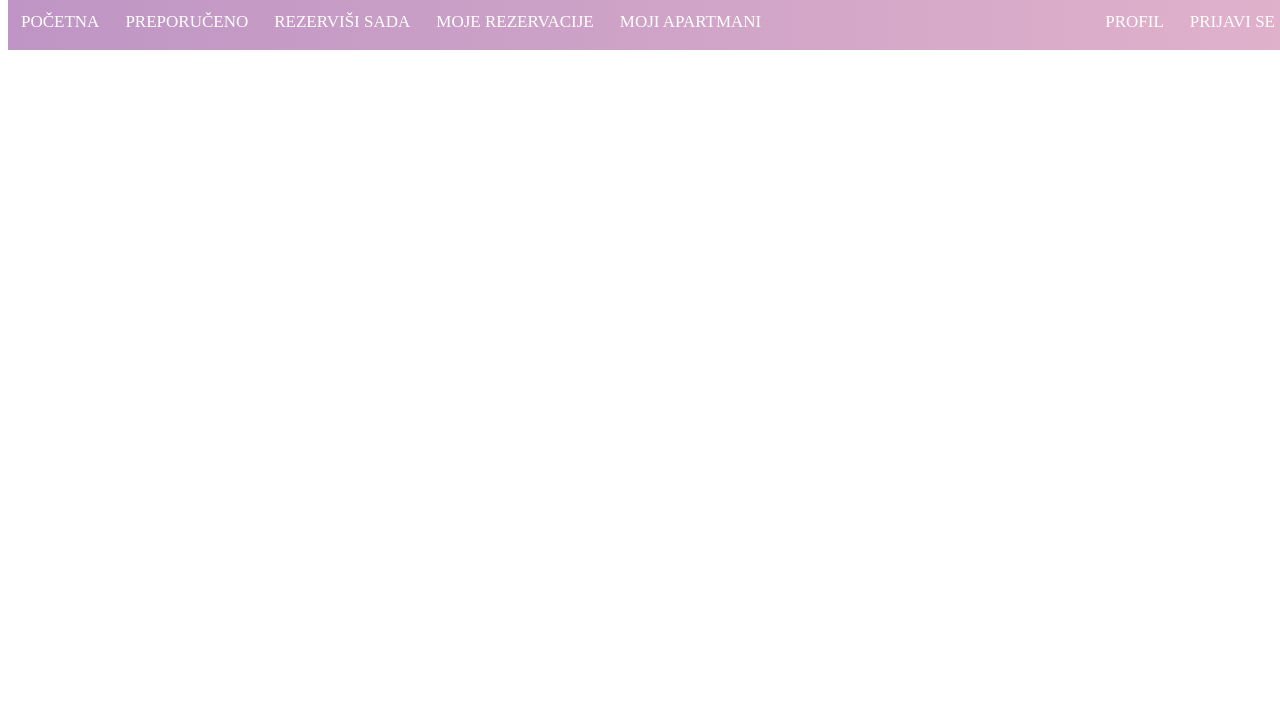
Repository: FTN-E2-materials/WEB
Page: BookingApp/static/index.html
An editor plug-in stored every save of this project. The page is shown before and after the next save, followed by the edit.
The browser window is 1280 px wide. The pictures show the whole page.
The page's requests for data from a server got no answer.

Above is the page before, as saved 2020-08-14 23:23:55.

### BookingApp/static/index.html
<!DOCTYPE html>
<html>
<head>
<link href="css/startpage.css" rel="stylesheet" />
<meta http-equiv="Content-Type" content="text/html; charset=UTF-8">

</head>

	<body>

		<div id = "webApp">
			<div class = "navigation-area">
		    	<ul class = "nav navbar">
		        <li class = "menu"><a href="homepage.html">Početna</a></li>
		        <li class = "menu"><a href="">Preporučeno</a></li>
		        <li class = "menu"><a href="bookpage.html">Rezerviši sada</a></li>
		        <li class = "menu"><a href="reservations.html">Moje rezervacije</a></li>
		        <li class = "menu"><a href="myapartments.html">Moji apartmani</a></li>
		        <li class = "menu" style="float:right"><a href="startpage.html">Prijavi se</a></li>
		        <li class = "menu" style="float:right"><a href="">Profil</a></li>
	            </ul>
            </div>
			<router-view></router-view>
		</div>


		<script src="scripts/vue.js"></script>
		<script src="scripts/vue-router.js"></script>
		<script src="scripts/jquery.min.js"></script>
		<script src="scripts/axios.js"></script>
		<script src="scripts/toast.js"></script>
		<script src="js/app.js"></script>
		<script src="js/login.js"></script>
	</body>
</html>

### BookingApp/static/css/startpage.css


.bg-login {
    width: 100%;
    height: 100vh;
    display: flex;
    justify-content: center;
    align-items: center;
    background: -webkit-linear-gradient(left, #BE95C4, #E0B1CB);
    font-family: 'Segoe UI', Tahoma, Geneva, Verdana, sans-serif;
}

  .main-window {
    width: 100%;
    height: 100vh;
    display: flex;
    justify-content: center;
    align-items: center;
}
.navigation-area{
  width: 100%;
  position: fixed;
  top: 0;
  height: 50px;
  border-bottom: #fff;
  background: -webkit-linear-gradient(left, #BE95C4, #E0B1CB);
}

ul {
  list-style-type : none;
  margin : 0;
  padding : 0;
  width: 100%;
  height: 100%;
  overflow : hidden;
  background: -webkit-linear-gradient(left, #BE95C4, #E0B1CB);
}

li{
  float: left;
  height: 100%;
}

li a {

  display: block;
  color: white;
  height: 100%;
  text-align: center;
  padding: 12px 13px;
  text-decoration: none;
  font-size: 17px;
  text-transform: uppercase;
}

li a:hover {
  background: -webkit-linear-gradient(left, #E0B1CB, #BE95C4);
}

input, button{
    border: none;
    outline: none;
    background: none;
}

.page-login{
    overflow: hidden;
    position: relative;
    width: 900px;
    height: 600px;
    background: #fff;
    box-shadow: 0 19px 38px rgba(0, 0, 0, 0.30), 0 15px 12px rgba(0, 0, 0, 0.22);
}

.form{
    position: relative;
    width: 640px;
    height: 100%;
    padding: 50px 30px;
    -webkit-transition:-webkit-transform 1.2s ease-in-out;
    transition: -webkit-transform 1.2s ease-in-out;
    transition: transform 1.2s ease-in-out;
    transition: transform 1.2s ease-in-out, -webkit-transform 1.2s ease-in-out;
}

.login-h1{
    width: 100%;
    font-size: 30px;
    text-align: center;
    text-transform: uppercase;
}

.login-label{
    display: block;
    width: 260px;
    margin: 25px auto 0;
    text-align: center;
}

.login-label span{
    font-size: 14px;
    font-weight: 600;
    color: #5E548E;
    text-transform: uppercase;
}

.form-part {
  width: 1000px;
  height: fit-content;;
  opacity: 0.9;
  margin-bottom: 20px;
  margin-top: 70px;
  border-radius: 10px;
  align-content: center;
  background-color: #fff;
  box-shadow: 0 19px 40px rgba(0, 0, 0, 0.30), 0 15px 12px rgba(0, 0, 0, 0.22);
}

.login-p {
  color: white;
}
.login-input {
    display: block;
    width: 100%;
    margin-top: 5px;
    text-align: center;
    font-size: 16px;
    padding-bottom: 5px;
    border-bottom: 1px solid rgba(109, 93, 93, 0.4);
    text-align: center;
    font-family: 'Segoe UI', Tahoma, Geneva, Verdana, sans-serif;
}

button{
    display: block;
    margin: 0 auto;
    width: 260px;
    height: 40px;
    border-radius: 30px;
    color: #fff;
    font-size: 15px;
    cursor: pointer;
}

.submit{
    margin-top: 40px;
    margin-bottom: 30px;
    text-transform: uppercase;
    font-weight: 600;
    font-family: 'Segoe UI', Tahoma, Geneva, Verdana, sans-serif;
    background: -webkit-linear-gradient(left, #BE95C4, #E0B1CB);
}

.submit:hover{
    background: -webkit-linear-gradient(left, #E0B1CB, #BE95C4);
}

.sub-page{
    overflow: hidden;
    position: absolute;
    left: 640px;
    top: 0;
    width: 900px;
    height: 100%;
    padding-left: 260px;
    background: #fff;
    -webkit-transition: -webkit-transform 1.2s ease-in-out;
    transition: -webkit-transform 1.2s ease-in-out;
    transition: transform 1.2s ease-in-out;
}

.page-login.s-signup .sub-page{
    -webkit-transform:translate3d(-640px, 0, 0);
        transform:translate3d(-640px, 0, 0);
}

.bground{
    overflow: hidden;
    z-index: 2;
    position: absolute;
    left: 0;
    top: 0;
    width: 260px;
    height: 100%;
    padding-top: 360px;
}

.bground:before{
    content: '';
    position: absolute;
    right: 0;
    top: 0;
    width: 900px;
    height: 100%;
    background-image: url(../images/bora-bora-sunset.jpg);
    background-size: cover;
    transition: -webkit-transform 1.2s ease-in-out;
    transition: transform 1.2s ease-in-out, -webkit-transform 1.2s ease-in-out;
  }

  .bground:after{
    content: '';
    position: absolute;
    left: 0;
    top: 0;
    width: 100%;
    height: 100%;
    background: rgba(0,0,0,0.3);
  }

.page-login.s-signup .bground:before{
    -webkit-transform:translate3d(640px, 0, 0);
            transform:translate3d(640px, 0, 0);
  }


.bground-text{
    z-index: 2;
    position: absolute;
    left: 0;
    top: 50px;
    width: 100%;
    padding: 0 20px;
    text-align: center;
    color: #fff;
    -webkit-transition:-webkit-transform 1.2s ease-in-out;
    transition: -webkit-transform 1.2s ease-in-out;
    transition: transform 1.2s ease-in-out, -webkit-transform 1.2s ease-in-out;
  }

  .bground-text h1{
    margin-bottom: 10px;
    font-weight: normal;
  }

  .bground-text p{
    font-size: 14px;
    line-height: 1.5;
  }

  .page-login.s-signup .bground-text.m-up{
    -webkit-transform:translateX(520px);
            transform:translateX(520px);
  }

  .bground-text.m-in{
    -webkit-transform:translateX(-520px);
            transform:translateX(-520px);
  }

  .page-login.s-signup .bground-text.m-in{
    -webkit-transform:translateX(0);
            transform:translateX(0);
  }


  .sign-in{
    padding-top: 65px;
    -webkit-transition-timing-function:ease-out;
            transition-timing-function:ease-out;
  }

  .bground.s-signup .sign-in{
    -webkit-transition-timing-function:ease-in-out;
            transition-timing-function:ease-in-out;
    -webkit-transition-duration:1.2s;
            transition-duration:1.2s;
    -webkit-transform:translate3d(640px, 0, 0);
            transform:translate3d(640px, 0, 0);
  }

  .bground-btn{
    overflow: hidden;
    z-index: 2;
    position: relative;
    width: 150px;
    height: 40px;
    margin: 0 auto;
    background: transparent;
    color: #fff;
    text-transform: uppercase;
    font-size: 15px;
    cursor: pointer;
    text-align: center;
  }

  .bground-btn:after{
    content: '';
    z-index: 2;
    position: absolute;
    left: 0;
    top: 0;
    width: 100%;
    height: 100%;
    border: 2px solid #fff;
    border-radius: 30px;
  }

  .bground-btn span{
    position: absolute;
    left: 0;
    top: 0;
    display: -webkit-box;
    display: flex;
    -webkit-box-pack:center;
    justify-content: center;
    align-items: center;
    width: 100%;
    height: 100%;
    -webkit-transition:-webkit-transform 1.2s;
    transition: -webkit-transform 1.2s;
    transition: transform 1.2s;
    transition: transform 1.2s, -webkit-transform 1.2s;;
  }

  .bground-btn span.m-in{
    -webkit-transform:translateY(-72px);
            transform:translateY(-72px);
  }

  .page-login.s-signup .bground-btn span.m-in{
    -webkit-transform:translateY(0);
            transform:translateY(0);
  }

  .page-login.s-signup .bground-btn span.m-up{
    -webkit-transform:translateY(72px);
            transform:translateY(72px);
  }

  .sign-up{
    -webkit-transform:translate3d(-900px, 0, 0);
            transform:translate3d(-900px, 0, 0);
  }

  .page-login.s-signup .sign-up{
    -webkit-transform:translate3d(0, 0, 0);
            transform:translate3d(0, 0, 0);
  }

### BookingApp/static/js/app.js
const login = { template : '<login></login>' }
const profile_view = { template : '<profile-view></profile-view>' }
const change_pass = { template : '<change_pass></change_pass>' }
const edit_profile = { template : '<edit_profile ></edit_profile>' }
const apartments = { template : "<apartments></apartments>" }
const apartmentDetails = {template : "<apartment-details></apartment-details>"}
const users_preview = {template : "<users_preview></users_preview>"}
const searchApartment = { template : "<search-apartment></search-apartment>" }
const my_apartments= { template : "<my_apartments></my_apartments>" }
const add_apartment= { template : "<add_apartment></add_apartment>" }
const reservations = { template : "<reservations></reservations>" }
const amenities = { template : "<amenities></amenities>"}
const edit_apartment = { template : "<edit_apartment></edit_apartment>"}
const homepage = { template : "<homepage></homepage>" }
const add_nonWorkingDays={template:"<add_nonWorkingDays></add_nonWorkingDays>"}
const forbidden = { template: "<forbidden></forbidden>" }
const registerHost = { template: "<registerHost></registerHost>" }

const router = new VueRouter({
    mode : 'hash',
    base : '/apartments',
    routes : [
		{ path : "/apartments", component: apartments },
		{ path : '/login', component: login },
		{ path : '/profile-view', component: profile_view },
		{ path : '/change_pass', component: change_pass },
		{ path : '/edit_profile', component: edit_profile },
		{ path : "/details", component: apartmentDetails },
		{ path : "/users_preview", component: users_preview },
		{ path : "/search", component: searchApartment },
		{ path : "/my_apartments", component: my_apartments },
		{ path : "/add_apartment", component: add_apartment },
		{ path : "/reservations", component: reservations },
		{ path : "/amenities", component: amenities },
		{ path : "/edit_apartment", component: edit_apartment },
		{ path : "/add_nonWorkingDays", component: add_nonWorkingDays },
		{ path : "/forbidden", component: forbidden },
		{ path : "/registerHost", component: registerHost }
    ]
});

var app = new Vue({
    router: router,
    el: '#webApp',
    data: {
    	mode : 'plsWork',
    	user : {
    		username : "xxxxxxxxxxxxx"
    	}
    },
    mounted() {
    	axios
	    	.get('/user/seeIfLogged')
	    	.then(response => {
	    		if (response.data == null) {
	    			this.mode = 'notLogged';
	    		} else
	    		{
	    			if (response.data.role == "Guest") {
	    				this.mode = 'guest';
	    			} else if (response.data.role == "Host") {
		    			this.mode = 'host';
		    		} else if (response.data.role == "Administrator") {
		    			this.mode = 'admin';
		    		} else {
		    			this.mode = 'notLogged';
		    		}
	    			this.user = response.data;
	    		}
	    	})

	    	window.location.href = "#/apartments";
    },
    methods : {
    	logOut : function() {
    		axios
    			.get('/user/logout')
    			.then(response => {
    				this.mode = 'notLogged';
    				console.log(this.mode);
    				window.location.href = "#/login";
    			})

    	},
    	viewProfile : function() {

            window.location.href = "http://localhost:8088/#/profile-view?id=" + this.user.username;
    	},
    	getReservations : function() {
    		window.location.href = "http://localhost:8088/#/reservations?id=" + this.user.username;

    	},
    	canSeePreview : function() {
    		console.log(this.mode);
    		if (this.mode == 'host') {
    			return false;
    		} else if (this.mode == 'admin') {
    			return false;
    		} else {
    			return true;
    		}
    	}
    }
});

### BookingApp/static/js/login.js
 Vue.component("login", {

	data: function () {
		    return {
		    	logged : null,
		    	error:'',
		    	usernameLog: '',
		    	usernameRegister: '',
		    	passwordRegister: '',
		    	nameRegister: '',
				surnameRegister: '',
				genderRegister:'',
		    	passwordRepeat: '',
			    passwordLog:'',
				errorMessage:'',
				registrationError: '',
				roleRegister : ""
		    }
	},

    template: `
<div class = "bg-login">
<div class = "page-login">
    <div class = "form sign-in">
        <h2 class = "login-h1">Prijava</h2>
        <label class = "login-label">
            <span> Korisničko ime </span>
			<input class = "login-input" type="text" name = "username" v-on:change="signalChange" v-model="usernameLog">
        </label>
        <label class = "login-label">
            <span> Lozinka </span>
			<input class = "login-input" type="password" name="password" v-model="passwordLog" v-on:change="signalChange">
			<p style="color:red">{{errorMessage}}</p>
			<button class="submit-login" v-on:click="tryToLogin"> Prijavi se </button>
        </label>

    </div>


<div class="sub-page">
    <div class = "bground">
        <div class = "bground-text m-up">
            <h1 class = "login-h1">Nemate <br> nalog?</h1>
            <p class = "login-p">Registrujte se i <br> rezervišite sebi apartman!</p>
        </div>

        <div class="bground-text m-in">
            <h1 class = "login-h1" >Već imate nalog?</h1>
            <p class = "login-p">Ako već imate nalog, prijavite se i rezervišite sebi apartman!</p>
        </div>
        <div class="bground-btn"  v-on:click="slideToOther">
            <span class="m-up">Registrujte se</span>
            <span class="m-in">Prijavite se</span>
        </div>
</div>

<div class="form sign-up">
    <h1>Registracija</h1>
    <label class = "login-label">
        <span >Ime</span>
        <input class = "login-input" type="text" v-model="nameRegister"  name="name">
    </label>
    <label class = "login-label">
        <span>Prezime</span>
        <input class = "login-input" type="text" name="surname" v-model="surnameRegister">
    </label>
    <label class = "login-label" >
        <span>Korisničko ime</span>
        <input class = "login-input" type="text" name="username" v-model="usernameRegister">
    </label>
    <label class = "login-label">
        <span>Lozinka</span>
        <input class = "login-input" type="password" name="password" v-model="passwordRegister">
    </label>
    <label class = "login-label">
        <span>Ponovite lozinku</span>
        <input type="password" class = "login-input"  name="passwordRepeat" v-model="passwordRepeat">
	</label>
	<label class = "login-label">
	<span>Pol</span>

	<tr class="radio_button">
	<td>
	<input type="radio" id="male" name="gender" value="Musko" v-model="genderRegister" style="width:70px;">
	<span for="male" style="width:70px;">Muško</span>
	</td>
	<td>
	<input type="radio" id="female" name="gender" value="Zensko" v-model="genderRegister"  style="width:70px;">
	<span for="female"  style="width:70px;">Žensko</span>
	</td>
	<td>
	<input type="radio" id="other" name="gender" value="Ostalo" v-model="genderRegister"  style="width:70px;">
	<span for="other"  style="width:70px;">Ostalo</span>
	</td>
	</tr>
	</label>

	<label class = "login-label">
	<span>Uloga</span>

	<tr class="radio_button">
	<td>
	<input type="radio" id="guest" name="role" value="Guest" v-model="roleRegister" style="width:70px;">
	<span for="male" style="width:70px;">Gost</span>
	</td>
	<td>
	<input type="radio" id="host" name="role" value="Host" v-model="roleRegister"  style="width:70px;">
	<span for="female"  style="width:70px;">Domaćin</span>
	</td>
	</tr>
	</label>

	<p style="color:red">{{registrationError}}</p>
    <button type="button" class="submit-reg" v-on:click="registerUser">Registrujte se</button>
</div>

</div>
</div>
</div>
    `,

	mounted () {
       axios
        .get('/test')
        .then(response => {
        	if(response.data == null)
        		this.logged = false;
        	else
        		this.logged = true;
        })

    },
    methods : {
    	slideToOther : function() {
    		document.querySelector('.page-login').classList.toggle('s-signup');
    	},

    	tryToLogin : function() {

			if(this.usernameLog=='' || this.passwordLog=='')
			{
				this.errorMessage="Morate popuniti sva polja.";
			}
			else
			{

				let loginParameters = {
    				username : this.usernameLog,
    				password : this.passwordLog
    		};

    		axios
    			.post('/user/login', JSON.stringify(loginParameters))
    			.then(response => {
    				if (response.data == "") {
						this.errorMessage="Neispravno korisničko ime ili lozinka.";
					}
					else if (response.data == "Korisnik je blokiran") {
						this.errorMessage="Blokirani ste i ne možete da se prijavite.";
					}

					else {
    					window.location.href = "http://localhost:8088/";
    				}
				})
			}



    	},
    	registerUser : function() {
			let flag=true;

			if(this.nameRegister=="" || this.roleRegister == "" ||this.surnameRegister=="" ||this.usernameRegister=="" ||this.passwordRegister=="" || this.genderRegister=="")
			{
				registrationError="Morate popuniti sva polja u formi.";
				flag=false;
			}
			else if(this.passwordRegister!=this.passwordRepeat)
			{
				registrationError="Lozinke se ne slažu.";
				flag=false;
			}
			if(flag)
			{
				let genderReg;
				if (this.genderRegister == 'Musko') {
					genderReg = 'Male';
				} else if(this.genderRegister == 'Zensko'){
					genderReg = 'Female';
				} else {
					genderReg = 'Other';
				}
				let registrationParameters = {
    				name : this.nameRegister,
    				surname : this.surnameRegister,
    				username : this.usernameRegister,
    				password : this.passwordRegister,
    				role : this.roleRegister,
    				gender : genderReg
    		};

    		axios
    			.post('/user/register', JSON.stringify(registrationParameters))
    			.then(response => {
    				if (response.data == null) {
    					window.location.href = "#/login";
    				} else {
    					window.location.href = "http://localhost:8088/";
    				}
    			})
			}

		},

		signalChange : function()
		{
			this.errorMessage="";
		}
    }
});

Loaded but not shown: BookingApp/static/scripts/vue.js (library); BookingApp/static/scripts/jquery.min.js (library); BookingApp/static/scripts/toast.js (common file); BookingApp/static/scripts/vue-router.js (2922 lines, source omitted); BookingApp/static/scripts/axios.js (1660 lines, source omitted)

After the next save:
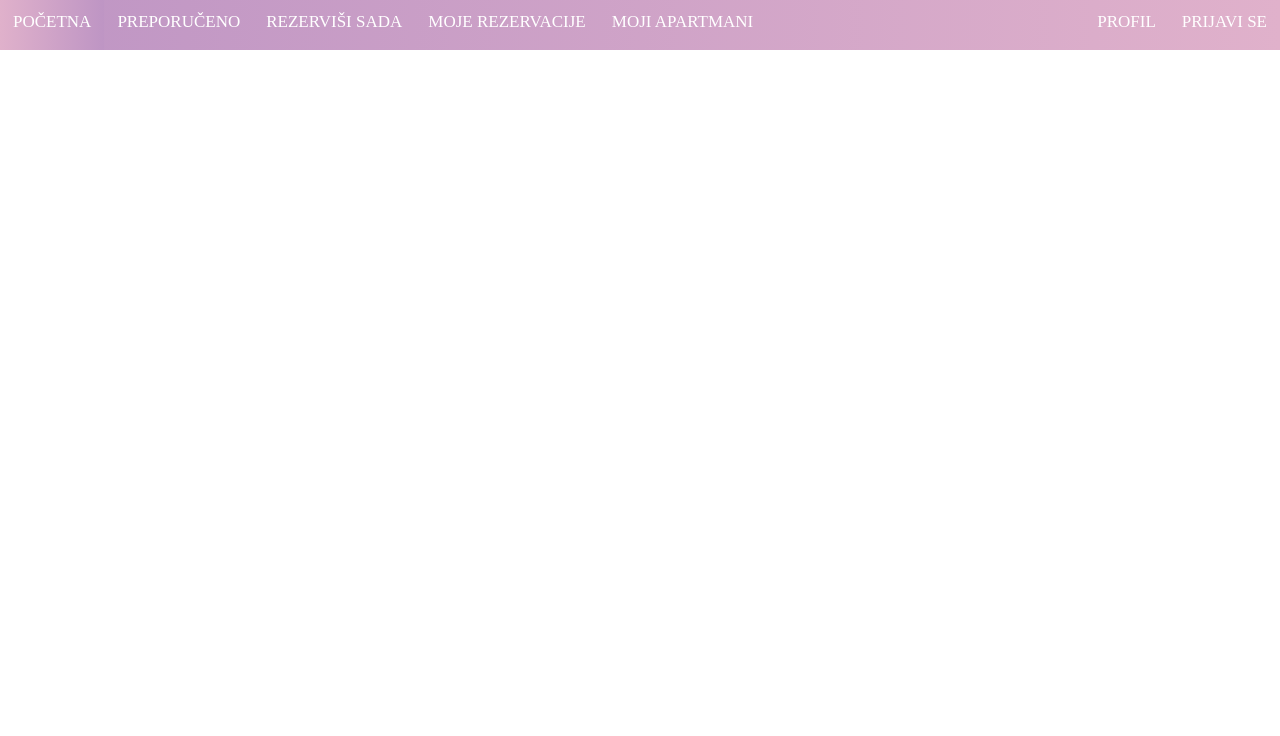
Saved 17 h 31 min later.
--- a/BookingApp/static/index.html
+++ b/BookingApp/static/index.html
@@ -8,7 +8,7 @@
 
 	<body>
 
-		<div id = "webApp">
+		<div id = "webApp" class = "main-window">
 			<div class = "navigation-area">
 		    	<ul class = "nav navbar">
 		        <li class = "menu"><a href="homepage.html">Početna</a></li>
